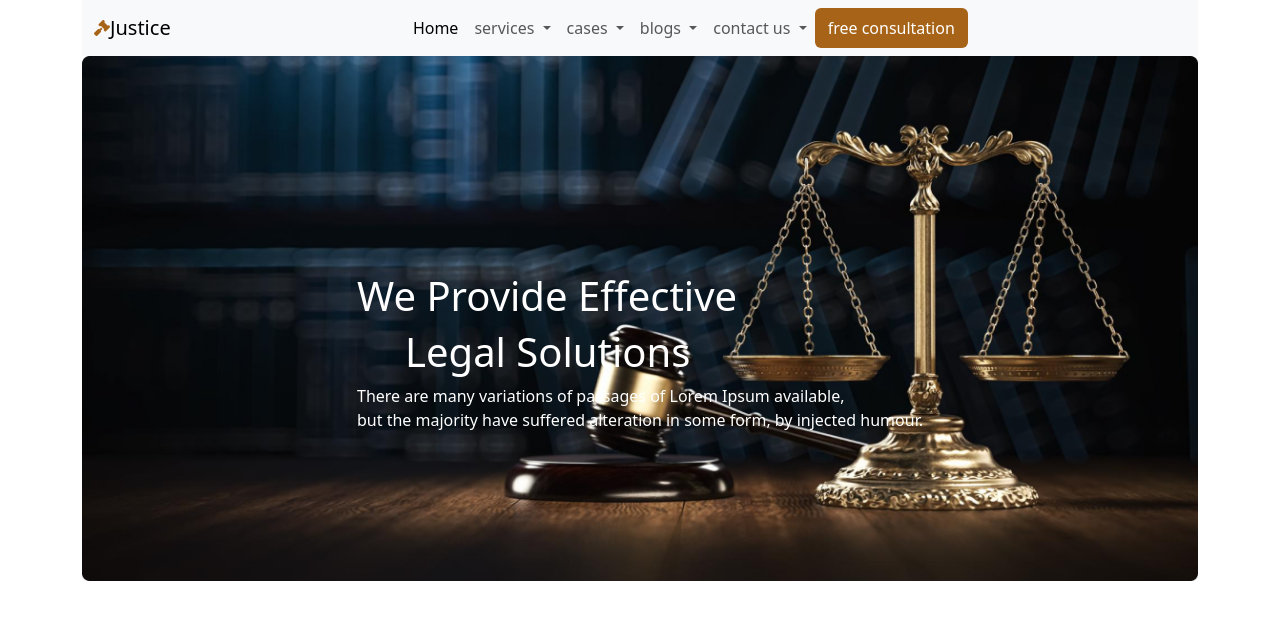
Repository: sadiaafsana138/justice
Page: index.html
An editor plug-in stored every save of this project. The page is shown before and after the next save, followed by the edit.
The browser window is 1280 px wide. The pictures show the whole page.
Some web libraries are served in a nearby version.

Above is the page before, as saved 2023-01-25 18:20:49.

### index.html
<!DOCTYPE html>
<html lang="en">

<head>
    <meta charset="UTF-8">
    <meta http-equiv="X-UA-Compatible" content="IE=edge">
    <meta name="viewport" content="width=device-width, initial-scale=1.0">
    <title>
        Justice
    </title>
    <link href="https://cdn.jsdelivr.net/npm/bootstrap@5.3.0-alpha1/dist/css/bootstrap.min.css" rel="stylesheet"
        integrity="sha384-GLhlTQ8iRABdZLl6O3oVMWSktQOp6b7In1Zl3/Jr59b6EGGoI1aFkw7cmDA6j6gD" crossorigin="anonymous">
    <script src="https://kit.fontawesome.com/9557e238b6.js" crossorigin="anonymous"></script>
    <link rel="stylesheet" href="css/Styles.css">
</head>

<body>

    <header class="container-lg">
        <nav class="navbar navbar-expand-lg bg-body-tertiary">
            <div class="container-fluid ">
                <!--JUSTICE ICON-->
                <i class="fa-solid fa-gavel primary-color"></i>
                <!--NAVBAR HEADING-->
                <a class="navbar-brand" href="#">Justice</a>
                <button class="navbar-toggler" type="button" data-bs-toggle="collapse"
                    data-bs-target="#navbarSupportedContent" aria-controls="navbarSupportedContent"
                    aria-expanded="false" aria-label="Toggle navigation">
                    <span class="navbar-toggler-icon"></span>
                </button>
                <!--NAVBAR ITEMS-->
                <div class="collapse navbar-collapse d-flex justify-content-center" id="navbarSupportedContent">
                    <ul class="navbar-nav mb-2 mb-lg-0 nav justify-content-center">
                        <li class="nav-item">
                            <a class="nav-link active" aria-current="page" href="#">Home</a>
                        </li>
                        <li class="nav-item dropdown">
                            <a class="nav-link dropdown-toggle" href="#" role="button" data-bs-toggle="dropdown"
                                aria-expanded="false">
                                services
                            </a>
                            <ul class="dropdown-menu">
                                <li><a class="dropdown-item" href="#">ITEMS</a></li>
                            </ul>
                        </li>
                        <li class="nav-item dropdown">
                            <a class="nav-link dropdown-toggle" href="#" role="button" data-bs-toggle="dropdown"
                                aria-expanded="false">
                                cases
                            </a>
                            <ul class="dropdown-menu">
                                <li><a class="dropdown-item" href="#">ITEMS</a></li>
                            </ul>
                        </li>
                        <li class="nav-item dropdown">
                            <a class="nav-link dropdown-toggle" href="#" role="button" data-bs-toggle="dropdown"
                                aria-expanded="false">
                                blogs
                            </a>
                            <ul class="dropdown-menu">
                                <li><a class="dropdown-item" href="#">ITEMS</a></li>
                            </ul>
                        </li>
                        <li class="nav-item dropdown">
                            <a class="nav-link dropdown-toggle" href="#" role="button" data-bs-toggle="dropdown"
                                aria-expanded="false">
                                contact us
                            </a>
                            <ul class="dropdown-menu">
                                <li><a class="dropdown-item" href="#">ITEMS</a></li>
                            </ul>
                        </li>

                        <!--navbar button-->
                        <button class="btn Btn-primary-color text-primary-color1 navbar-btn collapse navbar-collapse" data-bs-toggle="modal"
                            data-bs-target="#myModal" type="submit">free consultation</button>
                        <!-- Modal -->
                        <div class="modal" id="myModal">
                            <div class="modal-dialog">
                                <div class="modal-content">

                                    <!-- Modal Header -->
                                    <div class="modal-header">
                                        <h4 class="modal-title">Contact us</h4>
                                        <button type="button" class="btn-close" data-bs-dismiss="modal"></button>
                                    </div>

                                    <!-- Modal body -->
                                    <div class="modal-body">
                                        abcd@gmail.com
                                    </div>

                                    <!-- Modal footer -->
                                    <div class="modal-footer">
                                        <button type="button" class="btn btn-danger"
                                            data-bs-dismiss="modal">Done</button>
                                    </div>

                                </div>
                            </div>
                        </div>
                </div>
            </div>
        </nav>
    </header>
    <main class="container-lg">
        <section>
            <div>

                <div class="banner-text text-primary-color1">
                    <h1>We Provide Effective </h1>
                    <H1 class="ps-5">Legal Solutions</H1>
                    <p class="align-items-center">There are many variations of passages of Lorem Ipsum available,<br>but the majority have suffered alteration in some form, by injected humour.</p>
                </div>



                <img class="img-fluid" src="images/banner.png" alt="">
            </div>

        </section>

    </main>
    <footer>

    </footer>

    <script src="https://cdn.jsdelivr.net/npm/bootstrap@5.3.0-alpha1/dist/js/bootstrap.bundle.min.js"
        integrity="sha384-w76AqPfDkMBDXo30jS1Sgez6pr3x5MlQ1ZAGC+nuZB+EYdgRZgiwxhTBTkF7CXvN"
        crossorigin="anonymous"></script>

</body>

</html>

### css/Styles.css
.primary-color{
    color: rgb(167, 100, 25);
}
.Btn-primary-color{
    background : rgb(167, 100, 25);;
}
.text-primary-color1{
    color: white;
}
.navbar-btn{
    margin-left: 00px;
}
.banner-text{

        position:absolute;
        top: 50%;
        left: 50%;
        transform: translate(-50%, -50%);

}

After the next save:
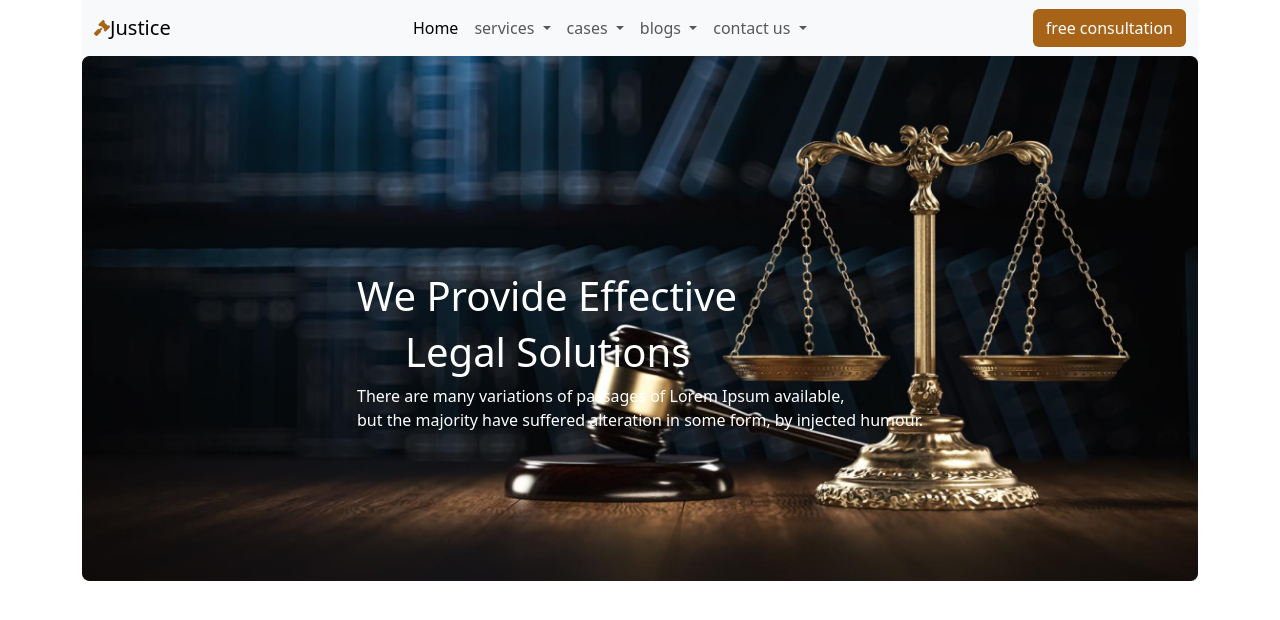
Saved 4 min 9 s later.
--- a/index.html
+++ b/index.html
@@ -18,7 +18,7 @@
 
     <header class="container-lg">
         <nav class="navbar navbar-expand-lg bg-body-tertiary">
-            <div class="container-fluid ">
+            <div class="container-fluid d-flex">
                 <!--JUSTICE ICON-->
                 <i class="fa-solid fa-gavel primary-color"></i>
                 <!--NAVBAR HEADING-->
@@ -71,8 +71,12 @@
                             </ul>
                         </li>
 
-                        <!--navbar button-->
-                        <button class="btn Btn-primary-color text-primary-color1 navbar-btn collapse navbar-collapse" data-bs-toggle="modal"
+
+
+                </div>
+                  <!--navbar button-->
+                <div>
+                    <button class="btn Btn-primary-color text-primary-color1 navbar-btn collapse navbar-collapse" data-bs-toggle="modal"
                             data-bs-target="#myModal" type="submit">free consultation</button>
                         <!-- Modal -->
                         <div class="modal" id="myModal">
@@ -96,11 +100,10 @@
                                             data-bs-dismiss="modal">Done</button>
                                     </div>
 
-                                </div>
-                            </div>
-                        </div>
                 </div>
+
             </div>
+
         </nav>
     </header>
     <main class="container-lg">
@@ -110,7 +113,8 @@
                 <div class="banner-text text-primary-color1">
                     <h1>We Provide Effective </h1>
                     <H1 class="ps-5">Legal Solutions</H1>
-                    <p class="align-items-center">There are many variations of passages of Lorem Ipsum available,<br>but the majority have suffered alteration in some form, by injected humour.</p>
+                    <p class="align-items-center">There are many variations of passages of Lorem Ipsum available,<br>but
+                        the majority have suffered alteration in some form, by injected humour.</p>
                 </div>
 
 
